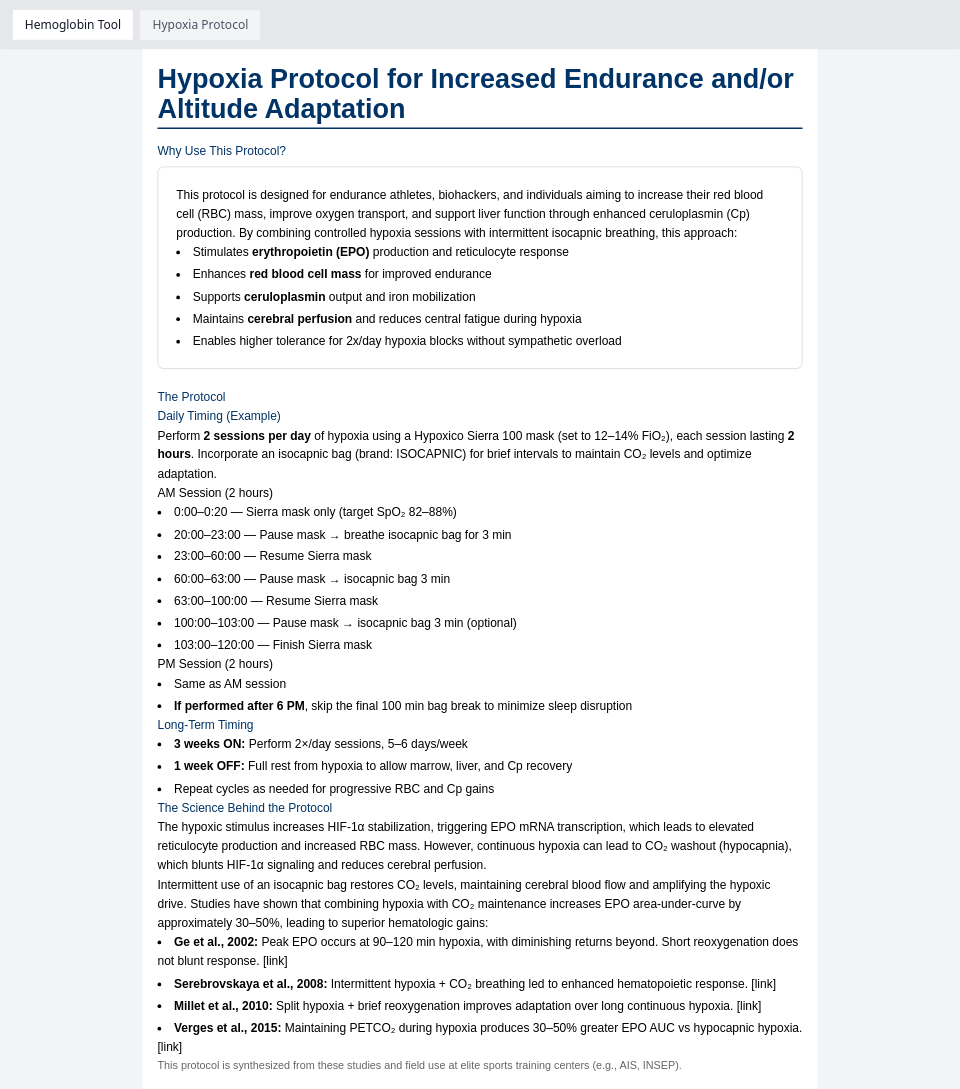
Repository: austenhughes1/hemoglobin_rbc_metrics
Page: hypoxia_protocol.html
An editor plug-in stored every save of this project. The page is shown before and after the next save, followed by the edit.
The browser window is 1280 px wide. The pictures show the whole page, at 75% of full size.
Some web libraries are served in a nearby version.

Above is the page before, as saved 2025-06-25 13:13:07.

After the next save:
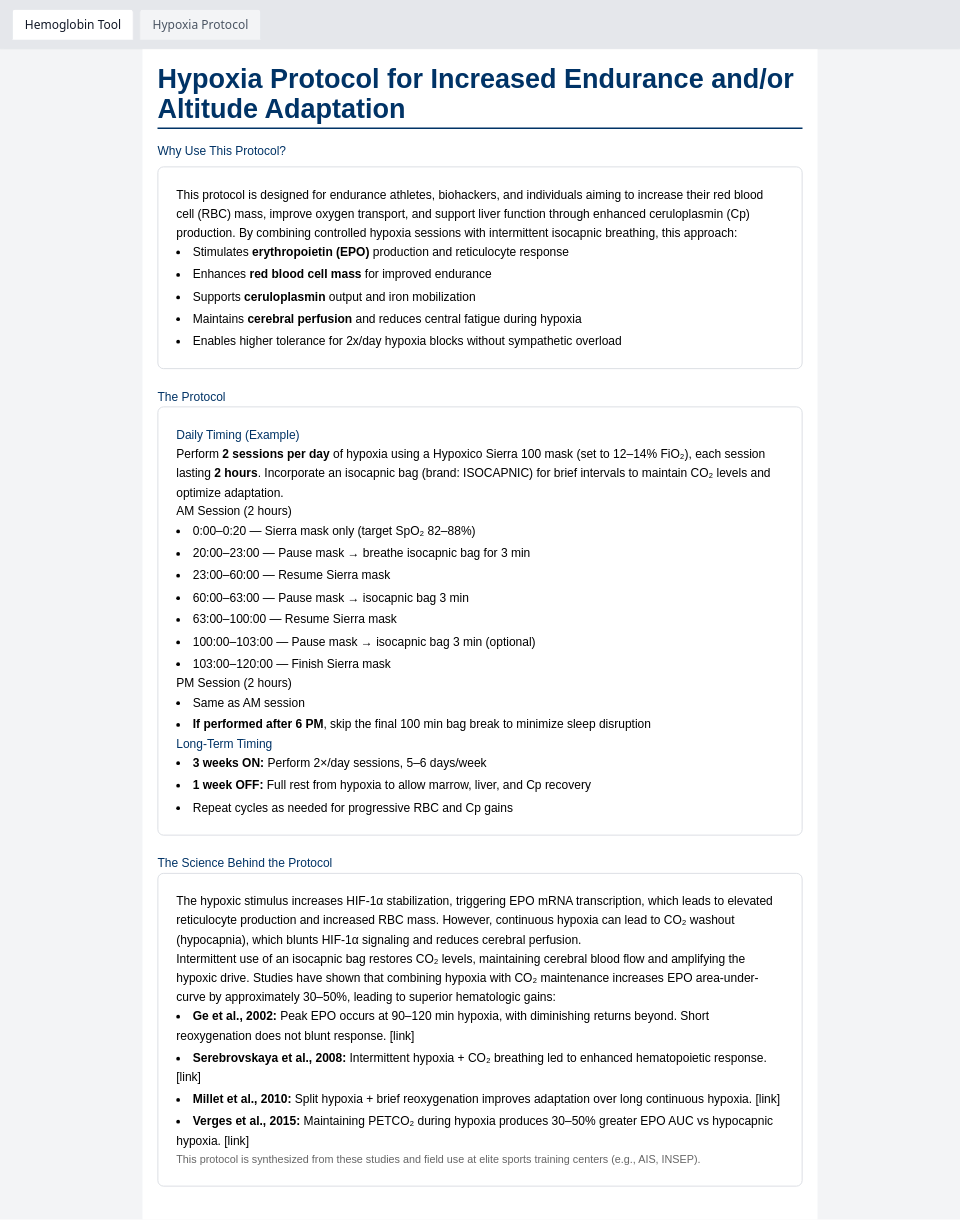
Saved 58 s later.
--- a/hypoxia_protocol.html
+++ b/hypoxia_protocol.html
@@ -58,53 +58,58 @@
         </ul>
     </section>
     <h2>The Protocol</h2>
+    <section class="border border-gray-300 rounded-lg p-6 mb-6 bg-white">
 
-    <h3>Daily Timing (Example)</h3>
-    <p>
-      Perform <strong>2 sessions per day</strong> of hypoxia using a Hypoxico Sierra 100 mask (set to 12–14% FiO₂), each session lasting <strong>2 hours</strong>. Incorporate an isocapnic bag (brand: ISOCAPNIC) for brief intervals to maintain CO₂ levels and optimize adaptation.
-    </p>
+        <h3>Daily Timing (Example)</h3>
+        <p>
+        Perform <strong>2 sessions per day</strong> of hypoxia using a Hypoxico Sierra 100 mask (set to 12–14% FiO₂), each session lasting <strong>2 hours</strong>. Incorporate an isocapnic bag (brand: ISOCAPNIC) for brief intervals to maintain CO₂ levels and optimize adaptation.
+        </p>
 
-    <h4>AM Session (2 hours)</h4>
-    <ul class="list-disc list-inside space-y-1">
-      <li>0:00–0:20 — Sierra mask only (target SpO₂ 82–88%)</li>
-      <li>20:00–23:00 — Pause mask → breathe isocapnic bag for 3 min</li>
-      <li>23:00–60:00 — Resume Sierra mask</li>
-      <li>60:00–63:00 — Pause mask → isocapnic bag 3 min</li>
-      <li>63:00–100:00 — Resume Sierra mask</li>
-      <li>100:00–103:00 — Pause mask → isocapnic bag 3 min (optional)</li>
-      <li>103:00–120:00 — Finish Sierra mask</li>
-    </ul>
+        <h4>AM Session (2 hours)</h4>
+        <ul class="list-disc list-inside space-y-1">
+        <li>0:00–0:20 — Sierra mask only (target SpO₂ 82–88%)</li>
+        <li>20:00–23:00 — Pause mask → breathe isocapnic bag for 3 min</li>
+        <li>23:00–60:00 — Resume Sierra mask</li>
+        <li>60:00–63:00 — Pause mask → isocapnic bag 3 min</li>
+        <li>63:00–100:00 — Resume Sierra mask</li>
+        <li>100:00–103:00 — Pause mask → isocapnic bag 3 min (optional)</li>
+        <li>103:00–120:00 — Finish Sierra mask</li>
+        </ul>
 
-    <h4>PM Session (2 hours)</h4>
-    <ul class="list-disc list-inside space-y-1">
-      <li>Same as AM session</li>
-      <li><strong>If performed after 6 PM</strong>, skip the final 100 min bag break to minimize sleep disruption</li>
-    </ul>
+        <h4>PM Session (2 hours)</h4>
+        <ul class="list-disc list-inside space-y-1">
+        <li>Same as AM session</li>
+        <li><strong>If performed after 6 PM</strong>, skip the final 100 min bag break to minimize sleep disruption</li>
+        </ul>
 
-    <h3>Long-Term Timing</h3>
-    <ul class="list-disc list-inside space-y-1">
-      <li><strong>3 weeks ON:</strong> Perform 2×/day sessions, 5–6 days/week</li>
-      <li><strong>1 week OFF:</strong> Full rest from hypoxia to allow marrow, liver, and Cp recovery</li>
-      <li>Repeat cycles as needed for progressive RBC and Cp gains</li>
-    </ul>
+        <h3>Long-Term Timing</h3>
+        <ul class="list-disc list-inside space-y-1">
+        <li><strong>3 weeks ON:</strong> Perform 2×/day sessions, 5–6 days/week</li>
+        <li><strong>1 week OFF:</strong> Full rest from hypoxia to allow marrow, liver, and Cp recovery</li>
+        <li>Repeat cycles as needed for progressive RBC and Cp gains</li>
+        </ul>
+    </section>
 
     <h2>The Science Behind the Protocol</h2>
-    <p>
-      The hypoxic stimulus increases HIF-1α stabilization, triggering EPO mRNA transcription, which leads to elevated reticulocyte production and increased RBC mass. However, continuous hypoxia can lead to CO₂ washout (hypocapnia), which blunts HIF-1α signaling and reduces cerebral perfusion.
-    </p>
-    <p>
-      Intermittent use of an isocapnic bag restores CO₂ levels, maintaining cerebral blood flow and amplifying the hypoxic drive. Studies have shown that combining hypoxia with CO₂ maintenance increases EPO area-under-curve by approximately 30–50%, leading to superior hematologic gains:
-    </p>
-    <ul class="list-disc list-inside space-y-1">
-      <li><strong>Ge et al., 2002:</strong> Peak EPO occurs at 90–120 min hypoxia, with diminishing returns beyond. Short reoxygenation does not blunt response. [<a href="https://www.hypoxico.com/wp-content/uploads/2018/04/Determinants-of-erythropoietin-release-in-response-to-short-term-hypobaric-hypoxia.pdf" target="_blank">link</a>]</li>
-      <li><strong>Serebrovskaya et al., 2008:</strong> Intermittent hypoxia + CO₂ breathing led to enhanced hematopoietic response. [<a href="https://pubmed.ncbi.nlm.nih.gov/18078855/" target="_blank">link</a>]</li>
-      <li><strong>Millet et al., 2010:</strong> Split hypoxia + brief reoxygenation improves adaptation over long continuous hypoxia. [<a href="https://pubmed.ncbi.nlm.nih.gov/20092365/" target="_blank">link</a>]</li>
-      <li><strong>Verges et al., 2015:</strong> Maintaining PETCO₂ during hypoxia produces 30–50% greater EPO AUC vs hypocapnic hypoxia. [<a href="https://pubmed.ncbi.nlm.nih.gov/26319812/" target="_blank">link</a>]</li>
-    </ul>
+    <section class="border border-gray-300 rounded-lg p-6 mb-6 bg-white">
 
-    <p class="citation">
-      This protocol is synthesized from these studies and field use at elite sports training centers (e.g., AIS, INSEP).
-    </p>
+        <p>
+        The hypoxic stimulus increases HIF-1α stabilization, triggering EPO mRNA transcription, which leads to elevated reticulocyte production and increased RBC mass. However, continuous hypoxia can lead to CO₂ washout (hypocapnia), which blunts HIF-1α signaling and reduces cerebral perfusion.
+        </p>
+        <p>
+        Intermittent use of an isocapnic bag restores CO₂ levels, maintaining cerebral blood flow and amplifying the hypoxic drive. Studies have shown that combining hypoxia with CO₂ maintenance increases EPO area-under-curve by approximately 30–50%, leading to superior hematologic gains:
+        </p>
+        <ul class="list-disc list-inside space-y-1">
+        <li><strong>Ge et al., 2002:</strong> Peak EPO occurs at 90–120 min hypoxia, with diminishing returns beyond. Short reoxygenation does not blunt response. [<a href="https://www.hypoxico.com/wp-content/uploads/2018/04/Determinants-of-erythropoietin-release-in-response-to-short-term-hypobaric-hypoxia.pdf" target="_blank">link</a>]</li>
+        <li><strong>Serebrovskaya et al., 2008:</strong> Intermittent hypoxia + CO₂ breathing led to enhanced hematopoietic response. [<a href="https://pubmed.ncbi.nlm.nih.gov/18078855/" target="_blank">link</a>]</li>
+        <li><strong>Millet et al., 2010:</strong> Split hypoxia + brief reoxygenation improves adaptation over long continuous hypoxia. [<a href="https://pubmed.ncbi.nlm.nih.gov/20092365/" target="_blank">link</a>]</li>
+        <li><strong>Verges et al., 2015:</strong> Maintaining PETCO₂ during hypoxia produces 30–50% greater EPO AUC vs hypocapnic hypoxia. [<a href="https://pubmed.ncbi.nlm.nih.gov/26319812/" target="_blank">link</a>]</li>
+        </ul>
+
+        <p class="citation">
+        This protocol is synthesized from these studies and field use at elite sports training centers (e.g., AIS, INSEP).
+        </p>
+    </section>
   </div>
 </body>
 </html>
